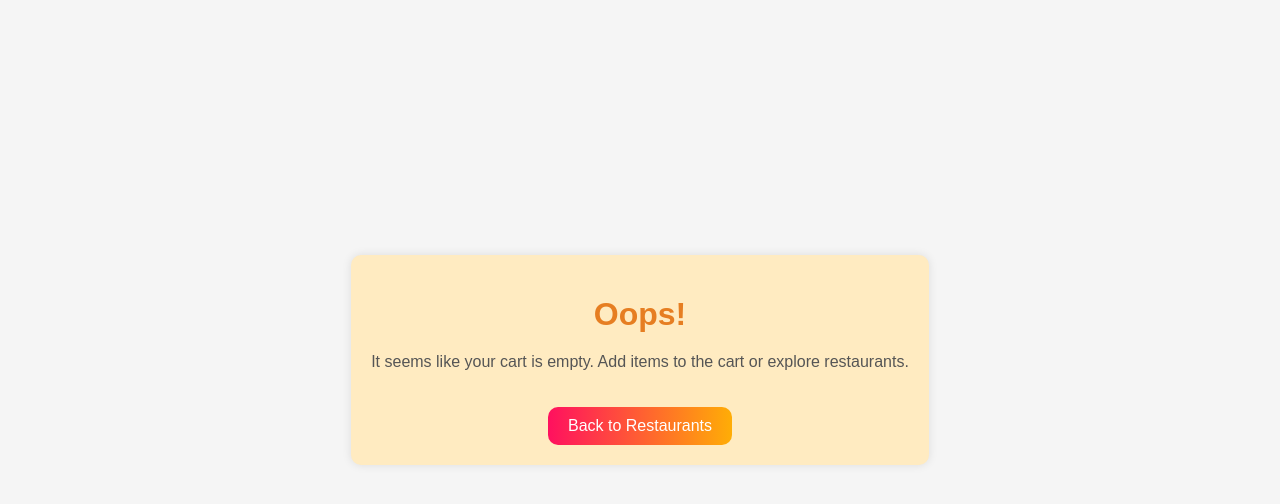
Repository: SWATHIBHUMA/FoodDelivaryApp
Page: http://localhost/FoodDelivaryApp/errorPage.jsp
These files come from the project's save history. The page is drawn as it stood at one moment and after the next save; the edit follows.
The browser window is 1280 px wide. The pictures show the whole page.
The page is served by Tomcat 9. Other server files are loaded and not shown.

Above is the page before, as saved 2024-01-14 11:59:14.

### FoodDelivaryApp/src/main/webapp/errorPage.jsp
<%@ page language="java" contentType="text/html; charset=UTF-8" pageEncoding="UTF-8"%>

<!DOCTYPE html>
<html lang="en">
<head>
    <meta charset="UTF-8">
    <meta http-equiv="X-UA-Compatible" content="IE=edge">
    <meta name="viewport" content="width=device-width, initial-scale=1.0">
    <title>Error - Nothing in Cart</title>
    <style>
        body {
            font-family: 'Arial', sans-serif;
            background-color: whitesmoke;
            margin: 0;
            padding: 0;
            display: flex;
            align-items: center;
            justify-content: center;
            height: 100vh;
            text-align: center;
        }

        #error-message {
            background-color: #ffebc1; /* Light orange background */
            padding: 20px;
            border-radius: 10px;
            box-shadow: 0 0 10px rgba(0, 0, 0, 0.1);
            animation: fadeInUp 1s ease; /* Add fade-in animation */
        }

        h1 {
            color: #e67e22; /* Dark orange text */
            margin-bottom: 20px;
            animation: bounce 1s forwards; /* Change infinite to forwards for single time bounce */
        }

        p {
            color: #555;
            font-size: 16px;
            animation: fadeIn 1s ease; /* Add fade-in animation */
        }

        .back-to-restaurants-btn {
            display: inline-block;
            margin-top: 20px;
            padding: 10px 20px;
            background: linear-gradient(to right, #ff105f,#ffad06);
            color: #fff;
            text-decoration: none;
            border-radius: 10px;
            transition: background-color 0.3s ease;
        }

        .back-to-restaurants-btn:hover {
            background-color: #d35400; /* Slightly darker orange on hover */
        }

        @keyframes bounce {
            0%, 20%, 50%, 80%, 100% {
                transform: translateY(0);
            }
            40% {
                transform: translateY(-20px);
            }
            60% {
                transform: translateY(-10px);
            }
        }

        @keyframes fadeIn {
            from {
                opacity: 0;
            }
            to {
                opacity: 1;
            }
        }

        @keyframes fadeInUp {
            from {
                opacity: 0;
                transform: translateY(20px);
            }
            to {
                opacity: 1;
                transform: translateY(0);
            }
        }
    </style>
</head>
<body>
    <div id="error-message">
        <h1>Oops!</h1>
        <p>It seems like your cart is empty. Add items to the cart or explore restaurants.</p>
        <a href="<%= request.getContextPath() %>/Restaurants" class="back-to-restaurants-btn">Back to Restaurants</a>
    </div>
</body>
</html>

After the next save:
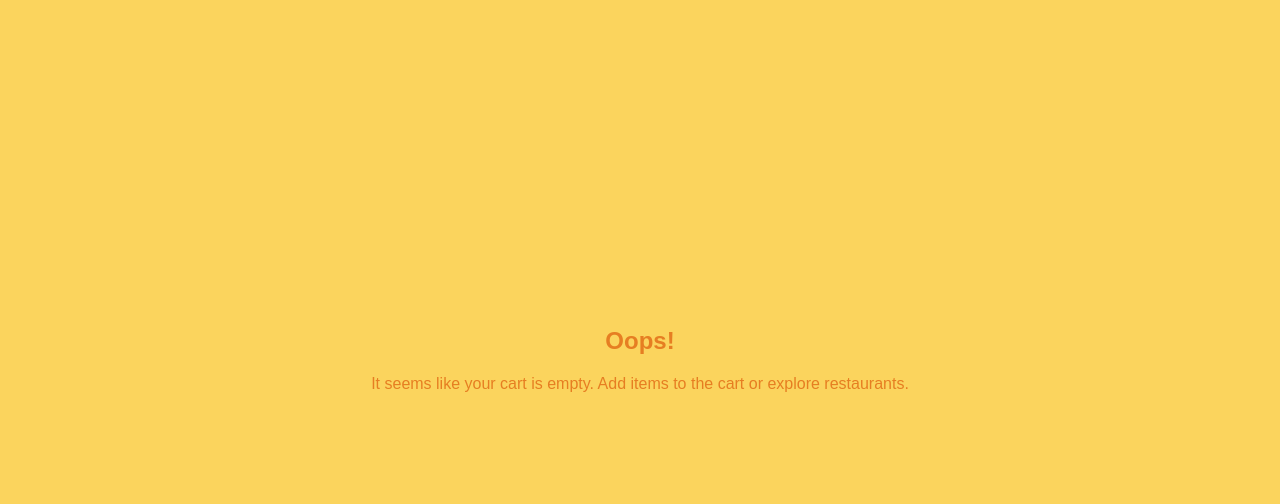
Saved 103 s later.
--- a/FoodDelivaryApp/src/main/webapp/errorPage.jsp
+++ b/FoodDelivaryApp/src/main/webapp/errorPage.jsp
@@ -10,7 +10,7 @@
     <style>
         body {
             font-family: 'Arial', sans-serif;
-            background-color: whitesmoke;
+            background-color: #fbd45d; /* Warm yellow background */
             margin: 0;
             padding: 0;
             display: flex;
@@ -20,39 +20,17 @@
             text-align: center;
         }
 
-        #error-message {
-            background-color: #ffebc1; /* Light orange background */
-            padding: 20px;
-            border-radius: 10px;
-            box-shadow: 0 0 10px rgba(0, 0, 0, 0.1);
-            animation: fadeInUp 1s ease; /* Add fade-in animation */
-        }
-
         h1 {
             color: #e67e22; /* Dark orange text */
             margin-bottom: 20px;
+            font-size: 24px;
             animation: bounce 1s forwards; /* Change infinite to forwards for single time bounce */
         }
 
         p {
-            color: #555;
+            color: #e67e22; /* Dark orange text */
             font-size: 16px;
             animation: fadeIn 1s ease; /* Add fade-in animation */
-        }
-
-        .back-to-restaurants-btn {
-            display: inline-block;
-            margin-top: 20px;
-            padding: 10px 20px;
-            background: linear-gradient(to right, #ff105f,#ffad06);
-            color: #fff;
-            text-decoration: none;
-            border-radius: 10px;
-            transition: background-color 0.3s ease;
-        }
-
-        .back-to-restaurants-btn:hover {
-            background-color: #d35400; /* Slightly darker orange on hover */
         }
 
         @keyframes bounce {
@@ -75,24 +53,12 @@
                 opacity: 1;
             }
         }
-
-        @keyframes fadeInUp {
-            from {
-                opacity: 0;
-                transform: translateY(20px);
-            }
-            to {
-                opacity: 1;
-                transform: translateY(0);
-            }
-        }
     </style>
 </head>
 <body>
-    <div id="error-message">
+    <div>
         <h1>Oops!</h1>
         <p>It seems like your cart is empty. Add items to the cart or explore restaurants.</p>
-        <a href="<%= request.getContextPath() %>/Restaurants" class="back-to-restaurants-btn">Back to Restaurants</a>
     </div>
 </body>
 </html>
